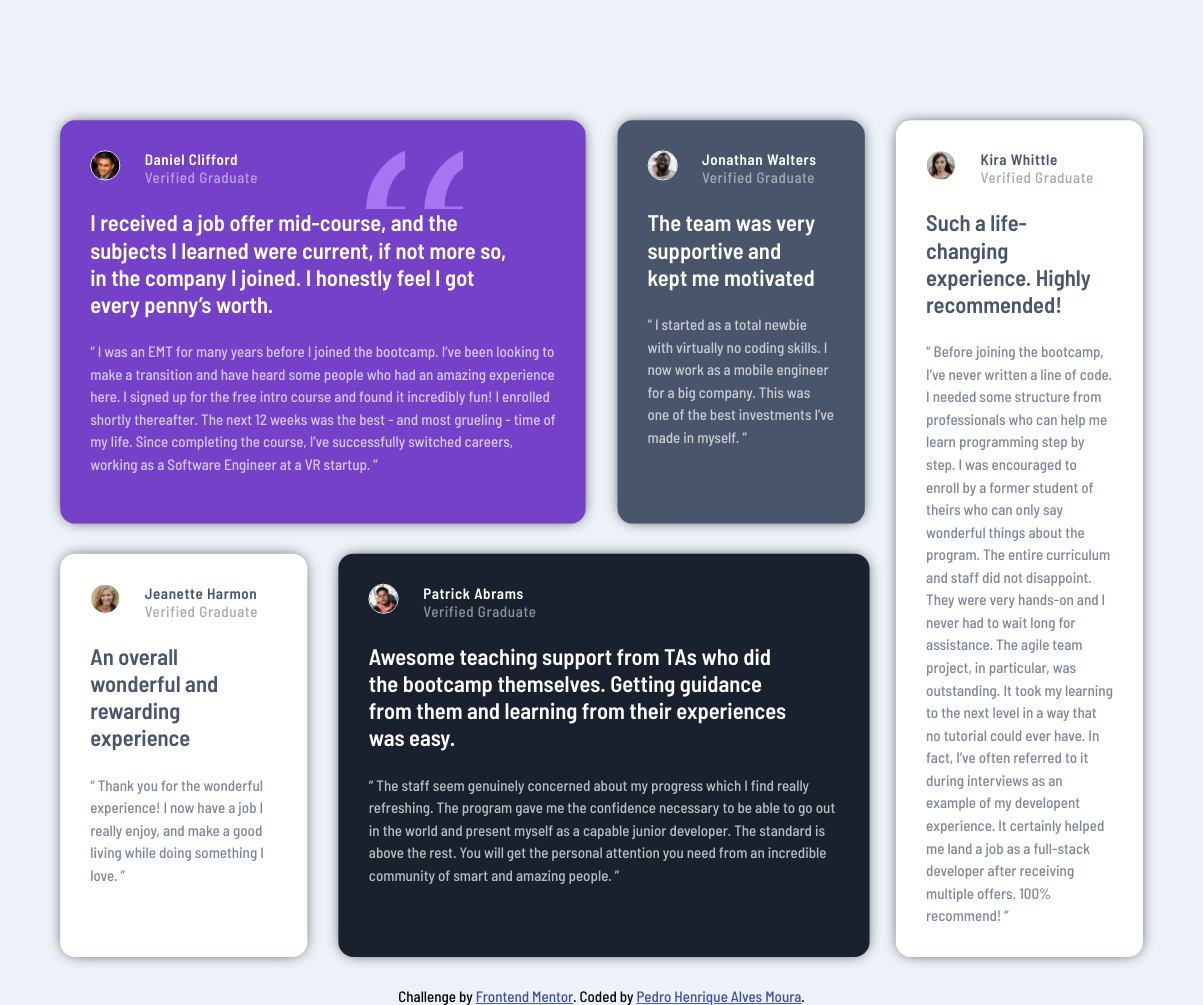
Repository: Pedrohamoura-Git/Frontend-Mentor-Challenges
Page: Junior/testimonials-grid-section-main/index.html
An editor plug-in stored every save of this project. The page is shown before and after a run of saves, followed by the edit.
The browser window is 1280 px wide. The pictures show the whole page, at 94% of full size.

Above is the page before, as saved 2021-06-02 12:10:14.

### Junior/testimonials-grid-section-main/index.html
<!DOCTYPE html>
<html lang="en">
<head>
  <meta charset="UTF-8">
  <meta name="viewport" content="width=device-width, initial-scale=1.0"> <!-- displays site properly based on user's device -->

  <link rel="stylesheet" href="css/style.css">

  <title>Frontend Mentor | [Challenge Name Here]</title>

  <!-- Feel free to remove these styles or customise in your own stylesheet 👍 -->
  <style>
    .attribution { font-size: 11px; text-align: center; }
    .attribution a { color: hsl(228, 45%, 44%); }
  </style>
</head>
<body>

  <div id="wrapper">
    <div id="cards">
      <div id="card1">
        <header class="quotes">
          <div class="picture">
            <img  src="images/image-daniel.jpg" alt="Daniel Clifford's Picture">
          </div>

          <div class="profile">
            <p>Daniel Clifford</p>
            <p class="status">Verified Graduate</p>
          </div>
        </header>


        <h2>I received a job offer mid-course, and the subjects I learned were current, if not more so, in the company I joined. I honestly feel I got every penny’s worth.</h2>

        <p class="reviews">“ I was an EMT for many years before I joined the bootcamp. I’ve been looking to make a transition and have heard some people who had an amazing experience here. I signed up for the free intro course and found it incredibly fun! I enrolled shortly thereafter. The next 12 weeks was the best - and most grueling - time of my life. Since completing the course, I’ve successfully switched careers, working as a Software Engineer at a VR startup. ”</p>
      </div>

      <div id="card2">
        <header>
          <div class="picture">
            <img src="images/image-jonathan.jpg" alt="Jonathan Walters's Picture">
          </div>

          <div class="profile">
            <p>Jonathan Walters</p>
            <p class="status">Verified Graduate</p>
          </div>
        </header>

        <h2>The team was very supportive and kept me motivated</h2>

        <p class="reviews">“ I started as a total newbie with virtually no coding skills. I now work as a mobile engineer
          for a big company. This was one of the best investments I’ve made in myself. ”</p>
      </div>


      <div id="card3">
        <header>
          <div class="picture">
            <img src="images/image-jeanette.jpg" alt="Jeanette Harmon's Picture">
          </div>

          <div class="profile">
            <p>Jeanette Harmon</p>
            <p class="status">Verified Graduate</p>
          </div>
        </header>

        <h2>An overall wonderful and rewarding experience</h2>

        <p class="reviews">“ Thank you for the wonderful experience! I now have a job I really enjoy, and make a good living
          while doing something I love. ”</p>
      </div>

      <div id="card4">
        <header>
          <div class="picture">
            <img src="images/image-patrick.jpg" alt="Patrick Abrams's Picture">
          </div>

          <div class="profile">
            <p>Patrick Abrams</p>
            <p class="status">Verified Graduate</p>
          </div>
        </header>

        <h2>Awesome teaching support from TAs who did the bootcamp themselves. Getting guidance from them and
          learning from their experiences was easy.</h2>

        <p class="reviews">“ The staff seem genuinely concerned about my progress which I find really refreshing. The program
          gave me the confidence necessary to be able to go out in the world and present myself as a capable
          junior developer. The standard is above the rest. You will get the personal attention you need from
          an incredible community of smart and amazing people. ”</p>
      </div>

      <div id="card5">
        <header>
          <div class="picture">
            <img src="images/image-kira.jpg" alt="Kira Whittle's Picture">
          </div>

          <div class="profile">
            <p>Kira Whittle</p>
            <p class="status">Verified Graduate</p>
          </div>
        </header>

        <h2>Such a life-changing experience. Highly recommended!</h2>

        <p class="reviews">“ Before joining the bootcamp, I’ve never written a line of code. I needed some structure from
          professionals who can help me learn programming step by step. I was encouraged to enroll by a former
          student of theirs who can only say wonderful things about the program. The entire curriculum and staff
          did not disappoint. They were very hands-on and I never had to wait long for assistance. The agile team
          project, in particular, was outstanding. It took my learning to the next level in a way that no tutorial
          could ever have. In fact, I’ve often referred to it during interviews as an example of my developent
          experience. It certainly helped me land a job as a full-stack developer after receiving multiple offers.
          100% recommend! ”</p>
      </div>
    </div>
  </div>


  <footer>
    <div class="attribution" style="font-size: 1rem">
      Challenge by <a href="https://www.frontendmentor.io?ref=challenge" target="_blank">Frontend Mentor</a>.
      Coded by <a href="#">Pedro Henrique Alves Moura</a>.
    </div>
  </footer>
</body>
</html>

### Junior/testimonials-grid-section-main/css/style.css
/*
** Core Formats
*/
    @import url('https://fonts.googleapis.com/css2?family=Barlow+Semi+Condensed:ital,wght@0,500;0,600;1,500;1,600&display=swap');


    * {
        box-sizing: border-box;
        font-family: "Barlow Semi Condensed";
        margin: 0;
        padding: 0;

    }

    html {
        Font-size: 13px;
    }

    body {
        background: hsl(210, 46%, 95%);
    }


/*
** Common Formats
*/
    #cards {
        color: white;
        margin: 10% auto;
        max-width: 1730px;
        min-width: 200px;
        width: 90%;
    }
    #cards .picture img {
        border: 1.5px solid white;
        border-radius: 3rem;
        width: 55%;
    }

    #cards h2 {
        font-size: 1.5rem;
        margin-bottom: 1.5rem;
        max-width: 90%;
    }

    #cards div.profile {
        letter-spacing: .04rem;
        margin-bottom: 1.5rem;
    }

    #cards div.profile :first-child {
        font-weight: 600;
    }

    #cards div.profile p.status {
        opacity: 50%;
    }

    #cards p.reviews {
        font-size: 1rem;
        line-height: 1.5rem;
        opacity: 70%;
    }

    #card1, #card2, #card3, #card4, #card5 {
        border-radius: 1rem;
        box-shadow: 0 0 1rem -5px black;
        margin-bottom: 2rem;
        padding: 2rem;
    }


    header {
        display: flex;
    }



    /* CONFIGURAR A IMAGEM DE ASPAS DEPOIS


         #cards #card1 h2 {
        z-index: 10;
    }


    #card1 ::before {
        content: '';
        background: url(../images/bg-pattern-quotation.svg)no-repeat;
        width: 30%;
        height: 20%;
        position: absolute;
        top: 3rem;
        right: 2rem;
        z-index: 2;
    }
    } */


/*
** Format each card individually
*/
    #card1 {
        background: hsl(263, 55%, 52%);
    }

    #card1 header.quotes {
        background-image: url(../images/bg-pattern-quotation.svg);
        background-repeat: no-repeat;
        background-position-x: 75%;
        background-color: var(--moderateViolet);
    }


    #card2 {
        background: hsl(217, 19%, 35%);
    }


    #card3 {
        background: white;
        color: hsl(217, 19%, 35%);
    }


    #card4 {
        background: hsl(219, 29%, 14%);
    }


    #card5 {
        background: white;
        color: hsl(217, 19%, 35%);
    }



/*
** Format the footer
*/
    footer {
        margin-top: -10%;
    }


    /*
    ** Tablet Layout
    */
        @media (min-width: 720px) {

            html {
                font-size: 16px;
            }

            #cards {
                display: grid;
                grid-template-columns: repeat(2, 1fr);
                column-gap: 2.1rem;
            }

            #card1 {
                grid-column: 1 / span 2;
            }

            #card4 {
                grid-column: 1 / span 2;
            }

            #card5 {
                grid-column: 1 / span 2;
            }
        }



    /*
    ** Desktop - Layout
    */
        @media (min-width: 1080px) {
            #cards {
                display: grid;
                grid-template-columns: repeat(4, 1fr);
                grid-template-rows: repeat(2, 1fr);
            }


            #card1 {
                grid-column: 1 / span 2;
                grid-row: 1;
            }

            #card4 {
                grid-column: 2 / span 3;
                grid-row: 2;

                /* To avoid an unintentional span  */
                width: 66%;
            }


            #card5 {
                grid-column: 4;
                grid-row: 1 / span 2;
            }
        }

After the next 2 saves:
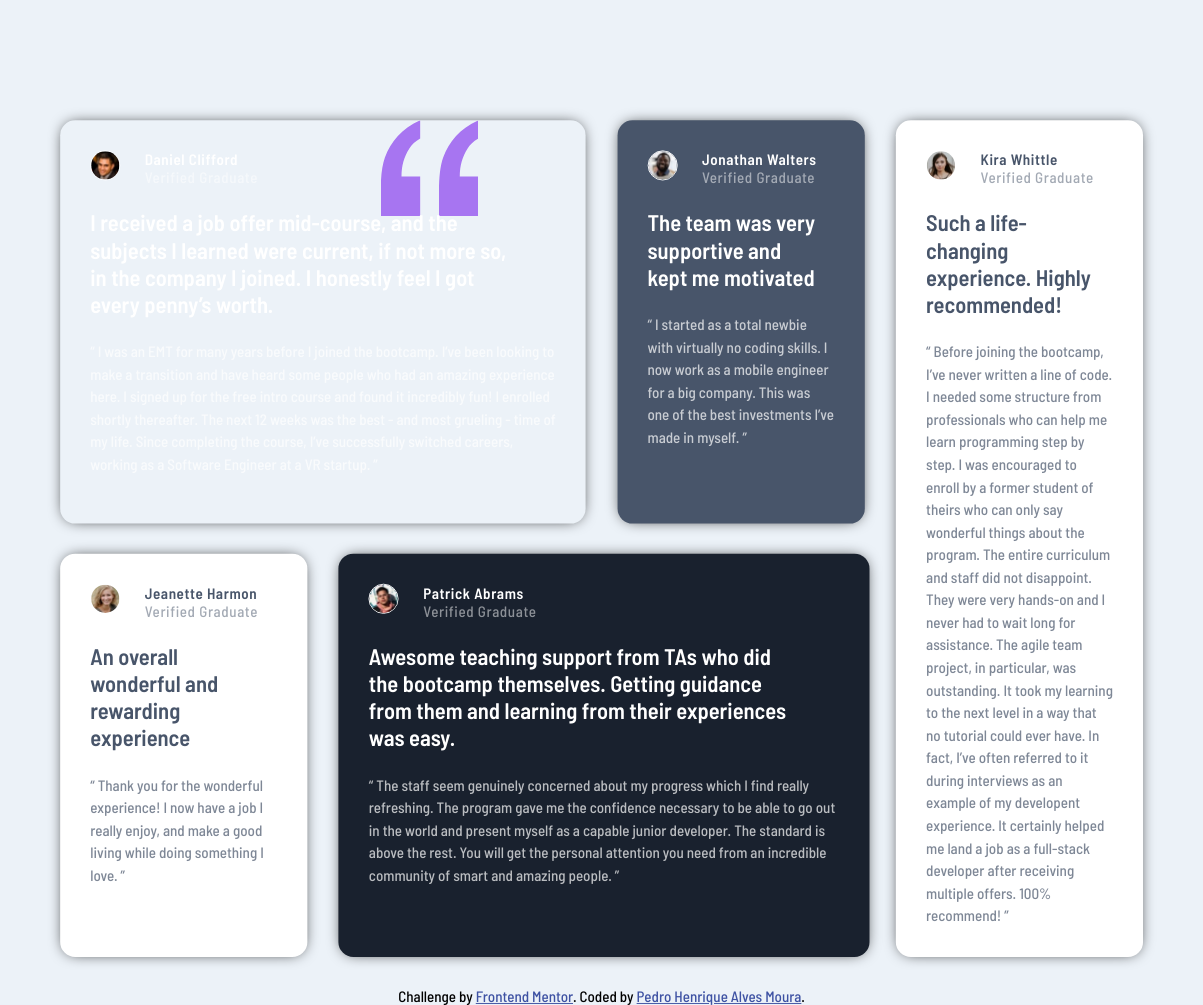
The 2 saves are shown as one change because they came seconds apart.
The last was saved 14 s later.
--- a/Junior/testimonials-grid-section-main/css/style.css
+++ b/Junior/testimonials-grid-section-main/css/style.css
@@ -104,7 +104,7 @@
         background: hsl(263, 55%, 52%);
     }
 
-    #card1 header.quotes {
+    #card1 {
         background-image: url(../images/bg-pattern-quotation.svg);
         background-repeat: no-repeat;
         background-position-x: 75%;

After the save that followed:
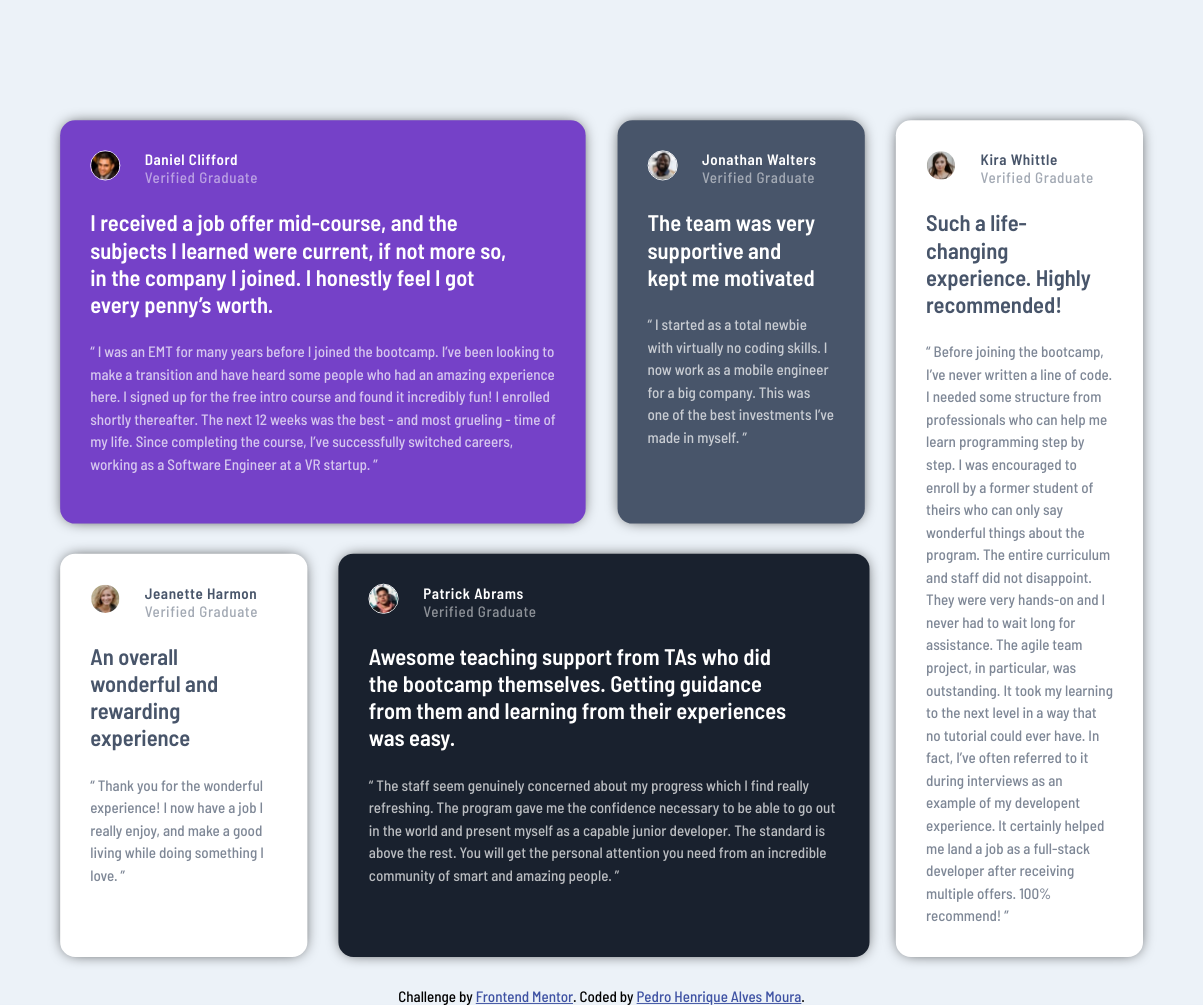
Saved 19 s later.
--- a/Junior/testimonials-grid-section-main/css/style.css
+++ b/Junior/testimonials-grid-section-main/css/style.css
@@ -108,7 +108,7 @@
         background-image: url(../images/bg-pattern-quotation.svg);
         background-repeat: no-repeat;
         background-position-x: 75%;
-        background-color: var(--moderateViolet);
+        background: hsl(263, 55%, 52%);
     }
 
 
